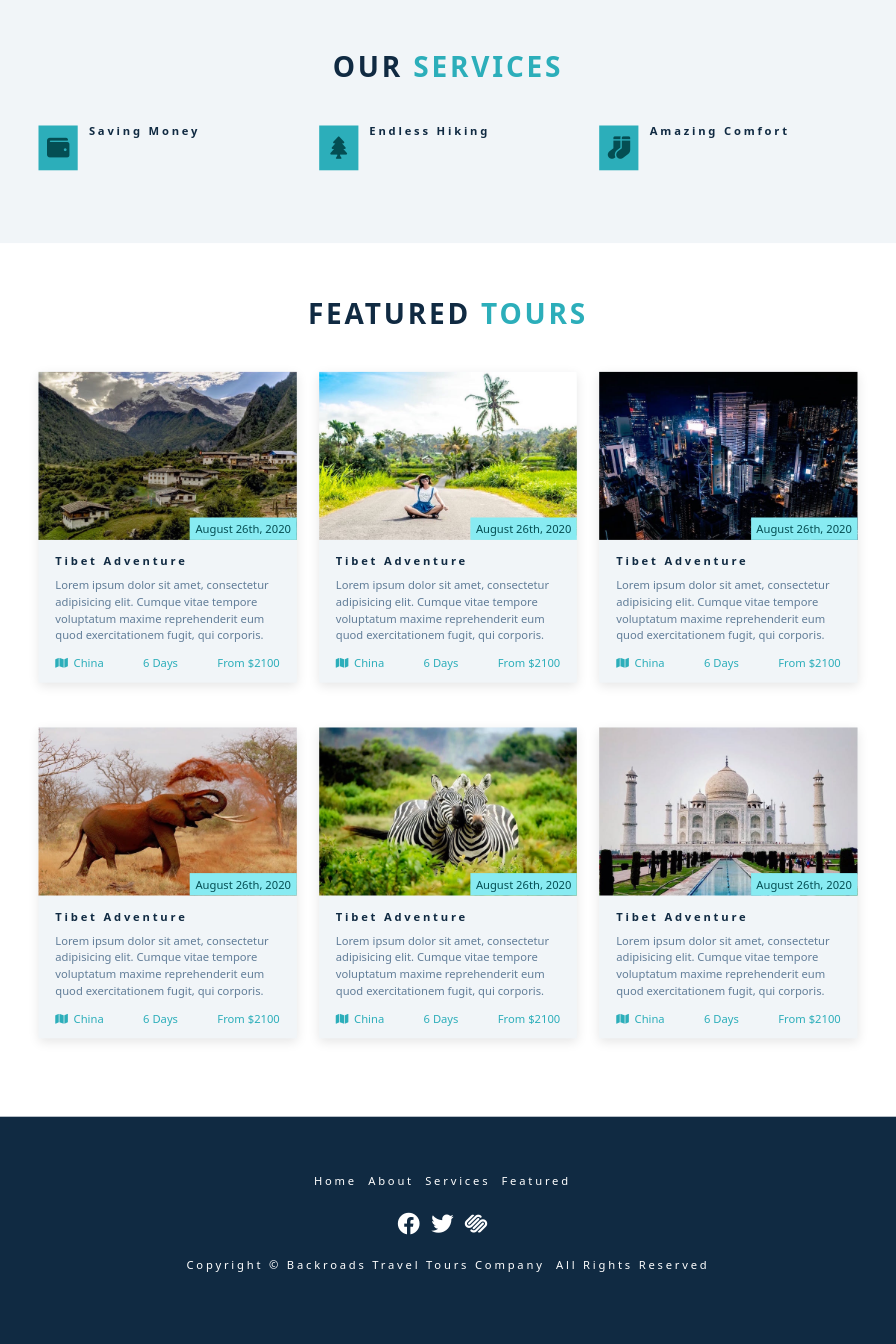
Repository: EdurdodaSilva/Ract_Basic
Page: /
An editor plug-in stored every save of this project. The page is shown before and after the next save, followed by the edit.
The browser window is 1280 px wide. The pictures show the part of the page from y = 1415 to 3335 px (the page is 3335 px tall before and 3316 px after), at 70% of full size.
Some web libraries are served in a nearby version. The project was rebuilt for these pictures with package versions that can differ from the ones it lists, and the page was loaded fresh each time.

Above is the page before, as saved 2024-08-30 07:20:29.

### public/index.html
<!DOCTYPE html>
<html lang="en">

<head>
  <meta charset="utf-8" />
  <link rel="icon" href="%PUBLIC_URL%/favicon.ico" />
  <meta name="viewport" content="width=device-width, initial-scale=1" />
  <meta name="theme-color" content="#000000" />
  <meta name="description" content="Web site created using create-react-app" />
  <link rel="apple-touch-icon" href="%PUBLIC_URL%/favicon.ico" />
  <!--
      manifest.json provides metadata used when your web app is installed on a
      user's mobile device or desktop. See https://developers.google.com/web/fundamentals/web-app-manifest/
    -->
  <link rel="manifest" href="%PUBLIC_URL%/manifest.json" />
  <!--
      Notice the use of %PUBLIC_URL% in the tags above.
      It will be replaced with the URL of the `public` folder during the build.
      Only files inside the `public` folder can be referenced from the HTML.

      Unlike "/favicon.ico" or "favicon.ico", "%PUBLIC_URL%/favicon.ico" will
      work correctly both with client-side routing and a non-root public URL.
      Learn how to configure a non-root public URL by running `npm run build`.
    -->
  <!-- font-awesome -->
  <link rel="stylesheet" href="https://cdnjs.cloudflare.com/ajax/libs/font-awesome/5.12.0/css/all.min.css"
    integrity="sha512-c93ifPoTvMdEJH/rKIcBx//AL1znq9+4/RmMGafI/vnTFe/dKwnn1uoeszE2zJBQTS1Ck5CqSBE+34ng2PthJg=="
    crossorigin="anonymous" referrerpolicy="no-referrer" />
  <title>BackRoads App</title>
</head>

<body>
  <noscript>You need to enable JavaScript to run this app.</noscript>
  <div id="root"></div>
  <!--
      This HTML file is a template.
      If you open it directly in the browser, you will see an empty page.

      You can add webfonts, meta tags, or analytics to this file.
      The build step will place the bundled scripts into the <body> tag.

      To begin the development, run `npm start` or `yarn start`.
      To create a production bundle, use `npm run build` or `yarn build`.
    -->
</body>

</html>

### src/components/Footer.js
import React from "react";
import { pageLinks, socialLinks } from "../data";

const Footer = () => {
    return (
        <footer className="section footer">
            <ul className="footer-links">
                <li>
                    <a href="#home" className="footer-link">
                        home
                    </a>
                </li>
                <li>
                    <a href="#about" className="footer-link">
                        about
                    </a>
                </li>
                <li>
                    <a href="#services" className="footer-link">
                        services
                    </a>
                </li>
                <li>
                    <a href="#featured" className="footer-link">
                        featured
                    </a>
                </li>
            </ul>
            <ul className="footer-icons">
                <li>
                    <a
                        href="https://www.twitter.com"
                        target="_blank"
                        className="footer-icon"
                        rel="noreferrer"
                    >
                        <>
                            <i className="fab fa-facebook"></i>
                        </>
                    </a>
                </li>
                <li>
                    <a
                        href="https://www.twitter.com"
                        target="_blank"
                        className="footer-icon"
                        rel="noreferrer"
                    >
                        <>
                            <i className="fab fa-twitter"></i>
                        </>
                    </a>
                </li>
                <li>
                    <a
                        href="https://www.twitter.com"
                        target="_blank"
                        className="footer-icon"
                        rel="noreferrer"
                    >
                        <>
                            <i className="fab fa-squarespace"></i>
                        </>
                    </a>
                </li>
            </ul>
            <p className="copyright">
                copyright &copy; Backroads travel tours company
                <span id="date"></span> all rights reserved
            </p>
        </footer>
    );
};

export default Footer;

Loaded but not shown: src/index.js (common file); src/components/Featured.js (133 lines, source omitted); src/data.js (133 lines, source omitted); src/components/Navbar.js (57 lines, source omitted); src/components/About.js (39 lines, source omitted); src/components/Services.js (29 lines, source omitted); src/components/Hero.js (20 lines, source omitted); src/App.js (21 lines, source omitted); src/components/Title.js (9 lines, source omitted); src/index.css (561 lines, source omitted)

After the next save:
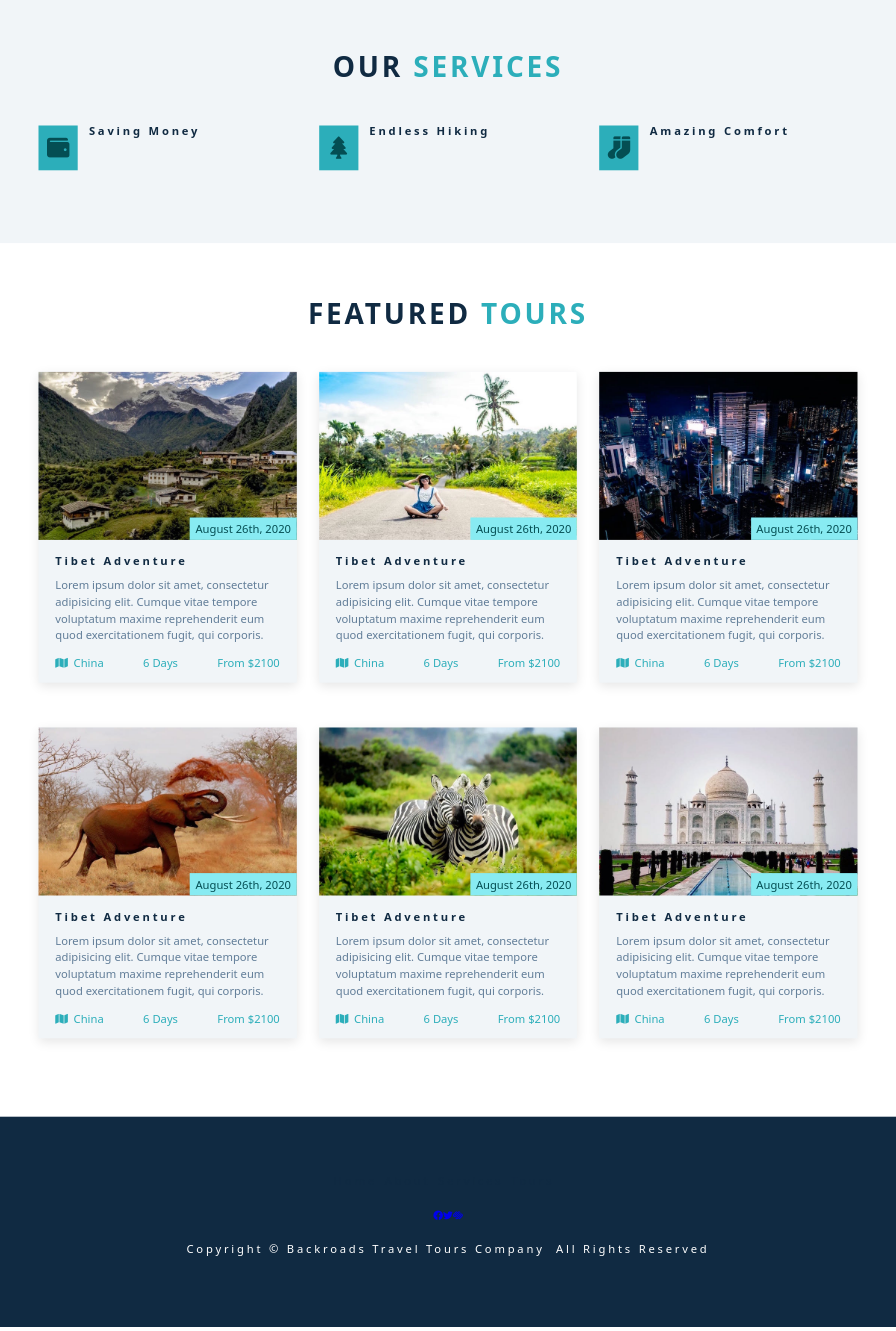
Saved 4 min 45 s later.
--- a/src/components/Footer.js
+++ b/src/components/Footer.js
@@ -5,64 +5,34 @@
     return (
         <footer className="section footer">
             <ul className="footer-links">
-                <li>
-                    <a href="#home" className="footer-link">
-                        home
-                    </a>
-                </li>
-                <li>
-                    <a href="#about" className="footer-link">
-                        about
-                    </a>
-                </li>
-                <li>
-                    <a href="#services" className="footer-link">
-                        services
-                    </a>
-                </li>
-                <li>
-                    <a href="#featured" className="footer-link">
-                        featured
-                    </a>
-                </li>
+                {pageLinks.map((links) => {
+                    return (
+                        <li key={links.id}>
+                            <a href={links.href} className="nav-link">
+                                {links.text}
+                            </a>
+                        </li>
+                    );
+                })}
             </ul>
             <ul className="footer-icons">
-                <li>
-                    <a
-                        href="https://www.twitter.com"
-                        target="_blank"
-                        className="footer-icon"
-                        rel="noreferrer"
-                    >
-                        <>
-                            <i className="fab fa-facebook"></i>
-                        </>
-                    </a>
-                </li>
-                <li>
-                    <a
-                        href="https://www.twitter.com"
-                        target="_blank"
-                        className="footer-icon"
-                        rel="noreferrer"
-                    >
-                        <>
-                            <i className="fab fa-twitter"></i>
-                        </>
-                    </a>
-                </li>
-                <li>
-                    <a
-                        href="https://www.twitter.com"
-                        target="_blank"
-                        className="footer-icon"
-                        rel="noreferrer"
-                    >
-                        <>
-                            <i className="fab fa-squarespace"></i>
-                        </>
-                    </a>
-                </li>
+                {socialLinks.map((link) => {
+                    const { id, href, icon } = link;
+                    return (
+                        <li key={id}>
+                            <a
+                                href={href}
+                                target="_blank"
+                                className="nav-icon"
+                                rel="noreferrer"
+                            >
+                                <>
+                                    <i className={icon}></i>
+                                </>
+                            </a>
+                        </li>
+                    );
+                })}
             </ul>
             <p className="copyright">
                 copyright &copy; Backroads travel tours company

After the save that followed:
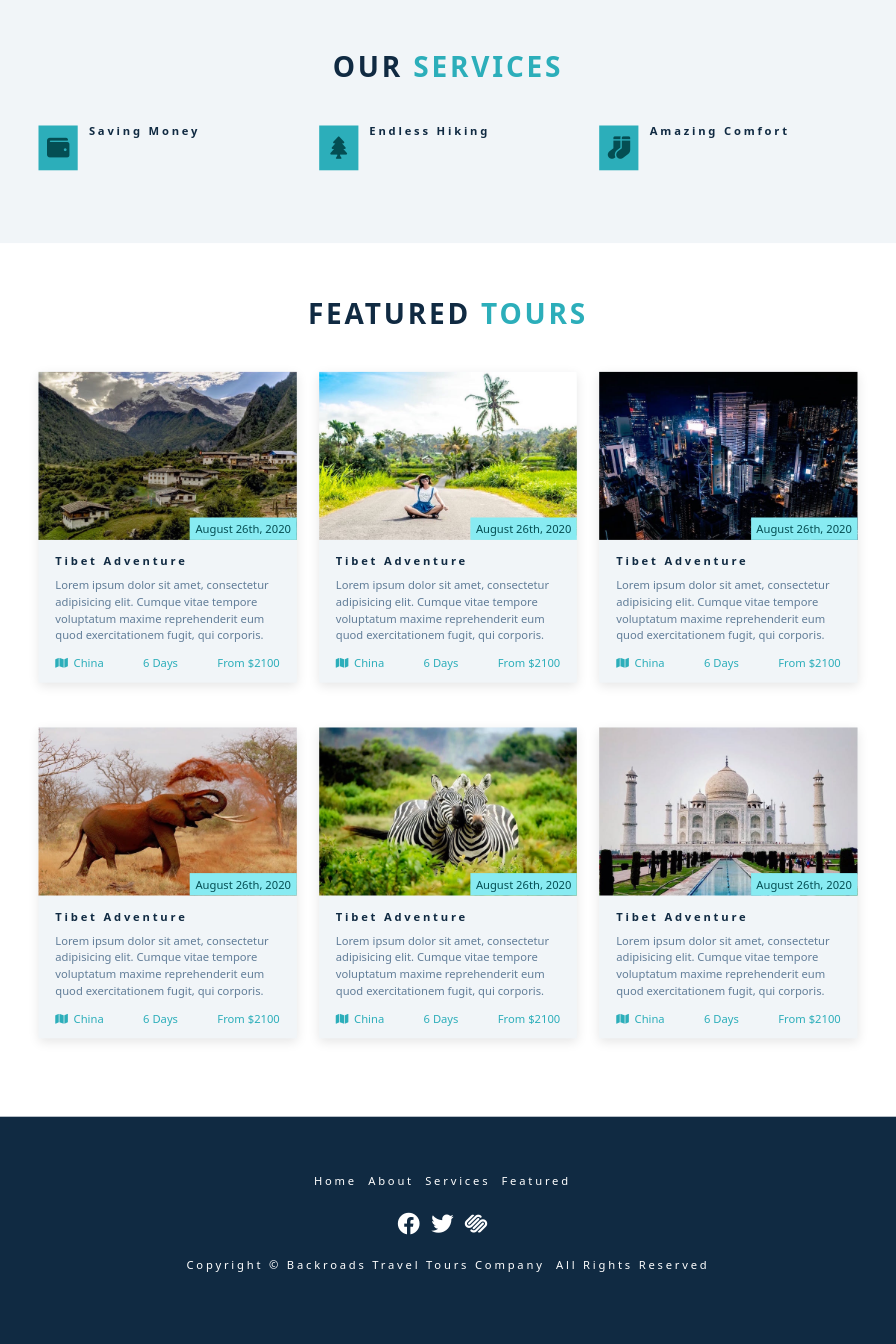
Saved 52 s later.
--- a/src/components/Footer.js
+++ b/src/components/Footer.js
@@ -5,34 +5,64 @@
     return (
         <footer className="section footer">
             <ul className="footer-links">
-                {pageLinks.map((links) => {
-                    return (
-                        <li key={links.id}>
-                            <a href={links.href} className="nav-link">
-                                {links.text}
-                            </a>
-                        </li>
-                    );
-                })}
+                <li>
+                    <a href="#home" className="footer-link">
+                        home
+                    </a>
+                </li>
+                <li>
+                    <a href="#about" className="footer-link">
+                        about
+                    </a>
+                </li>
+                <li>
+                    <a href="#services" className="footer-link">
+                        services
+                    </a>
+                </li>
+                <li>
+                    <a href="#featured" className="footer-link">
+                        featured
+                    </a>
+                </li>
             </ul>
             <ul className="footer-icons">
-                {socialLinks.map((link) => {
-                    const { id, href, icon } = link;
-                    return (
-                        <li key={id}>
-                            <a
-                                href={href}
-                                target="_blank"
-                                className="nav-icon"
-                                rel="noreferrer"
-                            >
-                                <>
-                                    <i className={icon}></i>
-                                </>
-                            </a>
-                        </li>
-                    );
-                })}
+                <li>
+                    <a
+                        href="https://www.twitter.com"
+                        target="_blank"
+                        className="footer-icon"
+                        rel="noreferrer"
+                    >
+                        <>
+                            <i className="fab fa-facebook"></i>
+                        </>
+                    </a>
+                </li>
+                <li>
+                    <a
+                        href="https://www.twitter.com"
+                        target="_blank"
+                        className="footer-icon"
+                        rel="noreferrer"
+                    >
+                        <>
+                            <i className="fab fa-twitter"></i>
+                        </>
+                    </a>
+                </li>
+                <li>
+                    <a
+                        href="https://www.twitter.com"
+                        target="_blank"
+                        className="footer-icon"
+                        rel="noreferrer"
+                    >
+                        <>
+                            <i className="fab fa-squarespace"></i>
+                        </>
+                    </a>
+                </li>
             </ul>
             <p className="copyright">
                 copyright &copy; Backroads travel tours company
